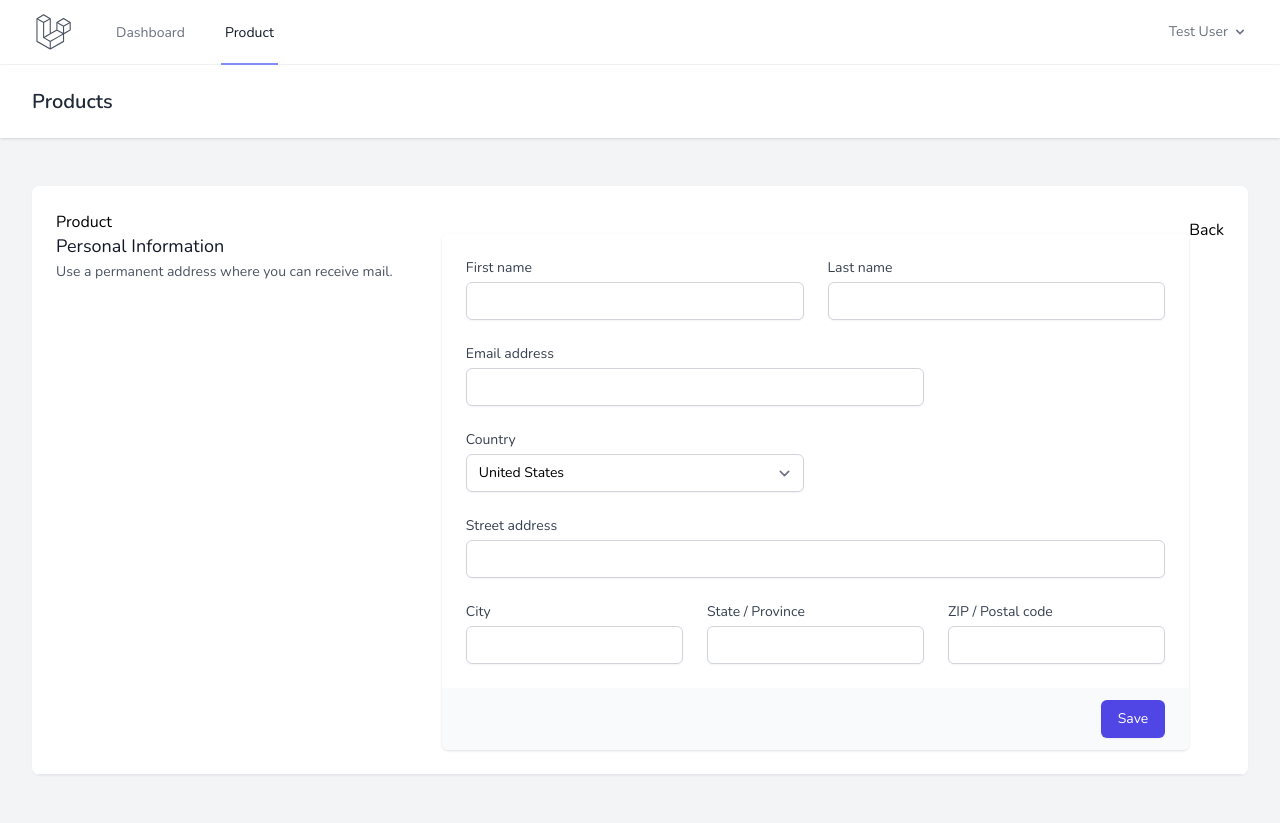
Repository: krishna-vm/them_set
Page: http://localhost/product
These files come from the project's save history. The page is drawn as it stood at one moment and after the next save; the edit follows.
The browser window is 1280 px wide. The pictures show the whole page.
The page is served by the project's Laravel application, run on PHP 8.4 with Laravel 8. A made-up administrator, Test User (test@example.com), is signed in. Style sheets and scripts are compiled from the project's sources, by tool versions that may differ from the author's.

Above is the page before, as saved 2022-09-08 13:27:46.

After the next save:
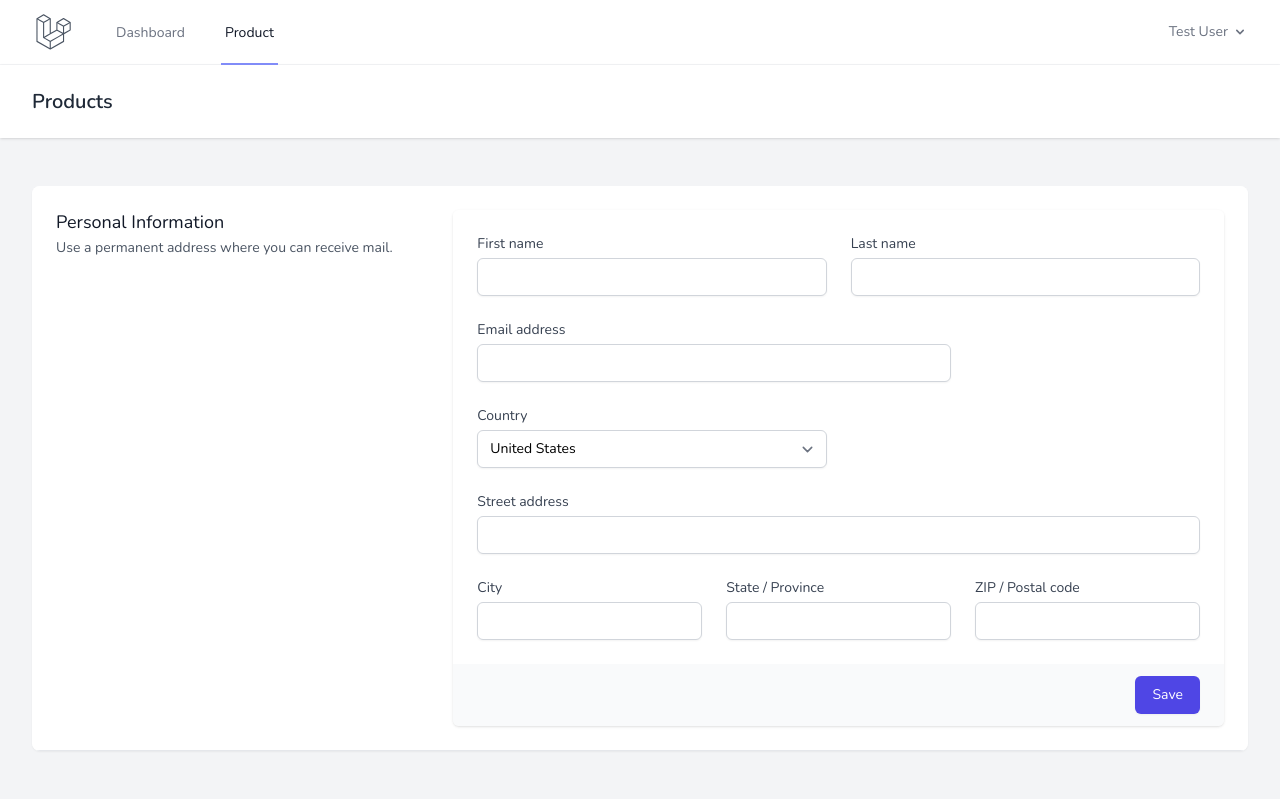
Saved 41 s later.
--- a/resources/views/product.blade.php
+++ b/resources/views/product.blade.php
@@ -12,11 +12,7 @@
                     <div class="row">
                         <div class="col-md-12 ">
                             <div class="card">
-                                <div class="card-header">
-                                    <h4>Product
-                                        <a class="btn btn-primary mt-2 mt-xl-0 float-end" href="{{url('admin/dashboard')}}">Back</a>
-                                    </h4>
-                                </div>
+
                                 <div class="mt-10 sm:mt-0">
                                     <div class="md:grid md:grid-cols-3 md:gap-6">
                                       <div class="md:col-span-1">
